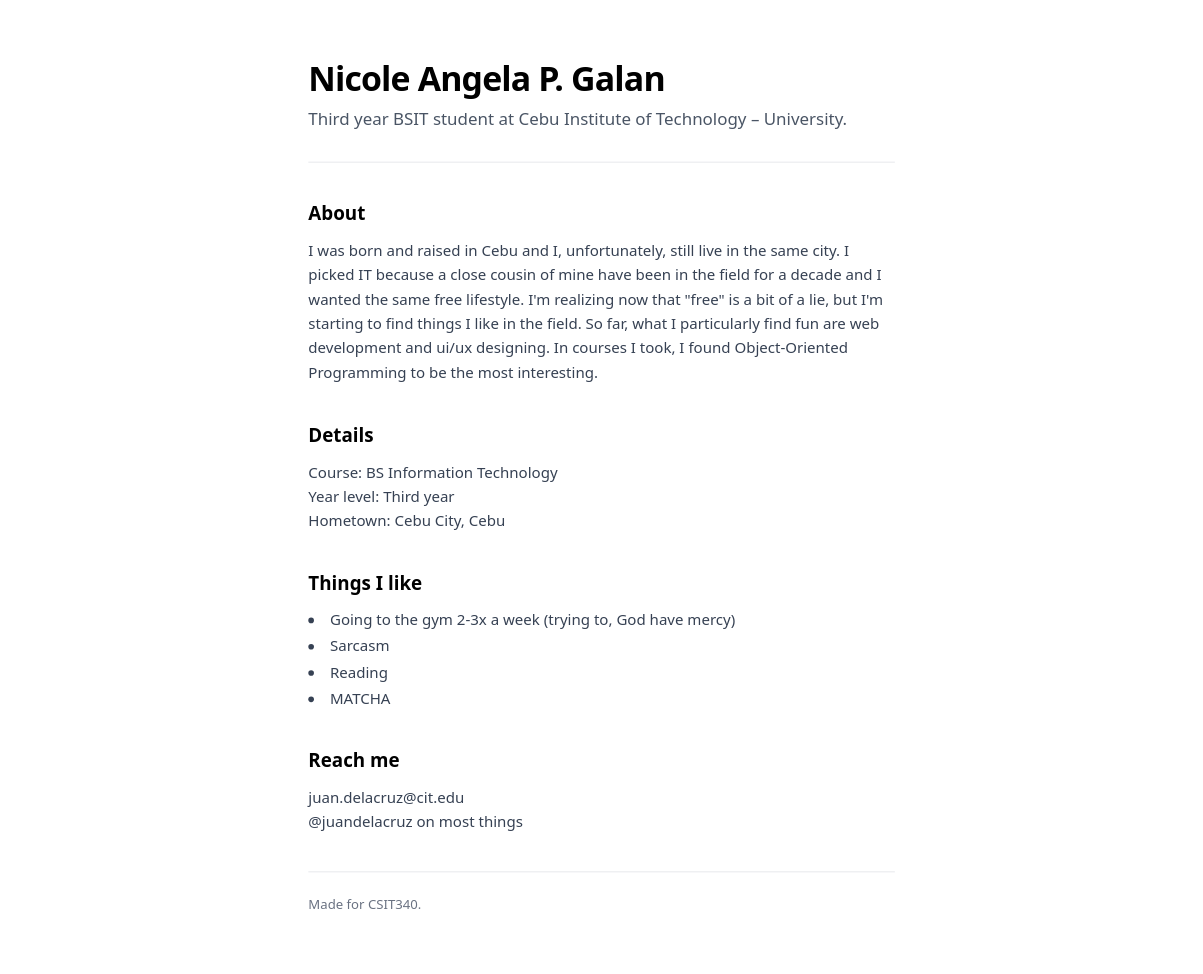
Repository: nicole-galan/CSIT340-Lab1-Galan
Page: /
These files come from the project's save history. The page is drawn as it stood at one moment and after the next save; the edit follows.
The browser window is 1280 px wide. The pictures show the whole page, at 94% of full size.
The project was rebuilt for these pictures with package versions that can differ from the ones it lists, and the page was loaded fresh each time. Also part of the build but not shown: vite.config.js.

Above is the page before, as saved 2026-09-04 16:50:23.

### index.html
<!doctype html>
<html lang="en">
  <head>
    <meta charset="UTF-8" />
    <link rel="icon" type="image/svg+xml" href="/favicon.svg" />
    <meta name="viewport" content="width=device-width, initial-scale=1.0" />
    <title>csit340-lab1</title>
  </head>
  <body>
    <div id="root"></div>
    <script type="module" src="/src/main.jsx"></script>
  </body>
</html>

### src/App.jsx
function App() {
  return (
    <>
      <header className="mx-auto px-6 pt-16 max-w-2xl">
        <h1 className="text-4xl font-semibold tracking-tight mb-2">Nicole Angela P. Galan</h1>
        <p className="text-lg text-gray-600">
          Third year BSIT student at Cebu Institute of Technology – University.
        </p>
        <hr className="mt-8 border-gray-200" />
      </header>

      <main className="max-w-2xl mx-auto px-6 py-10">
        <section className="mb-10">
          <h2 className="text-xl font-semibold mb-3">About</h2>
          <p className="leading-relaxed text-gray-700">
            I was born and raised in Cebu and I, unfortunately, still live in the same city.
            I picked IT because a close cousin of mine have been in the field for a decade
            and I wanted the same free lifestyle. I'm realizing now that "free" is a bit of a lie,
            but I'm starting to find things I like in the field. So far, what I particularly find fun
            are web development and ui/ux designing.
            In courses I took, I found Object-Oriented Programming to be the most interesting.
          </p>
        </section>

        <section className="mb-10">
          <h2 className="text-xl font-semibold mb-3">Details</h2>
          <p className="leading-relaxed text-gray-700">
            Course: BS Information Technology
            <br />
            Year level: Third year
            <br />
            Hometown: Cebu City, Cebu
          </p>
        </section>

        <section className="mb-10">
          <h2 className="text-xl font-semibold mb-3">Things I like</h2>
          <ul className="list-disc list-inside space-y-1 text-gray-700">
            <li>Going to the gym 2-3x a week (trying to, God have mercy)</li>
            <li>Sarcasm</li>
            <li>Reading</li>
            <li>MATCHA</li>
          </ul>
        </section>

        <section>
          <h2 className="text-xl font-semibold mb-3">Reach me</h2>
          <p className="leading-relaxed text-gray-700">
            juan.delacruz@cit.edu
            <br />
            @juandelacruz on most things
          </p>
        </section>
      </main>

      <section className="max-w-2xl mx-auto px-6 pb-16">
        <hr className="mb-6 border-gray-200" />
        <p className="text-sm text-gray-500">Made for CSIT340.</p>
      </section>
    </>
  )
}

export default App

Loaded but not shown: src/main.jsx (common file); src/index.css (common file)

After the next save:
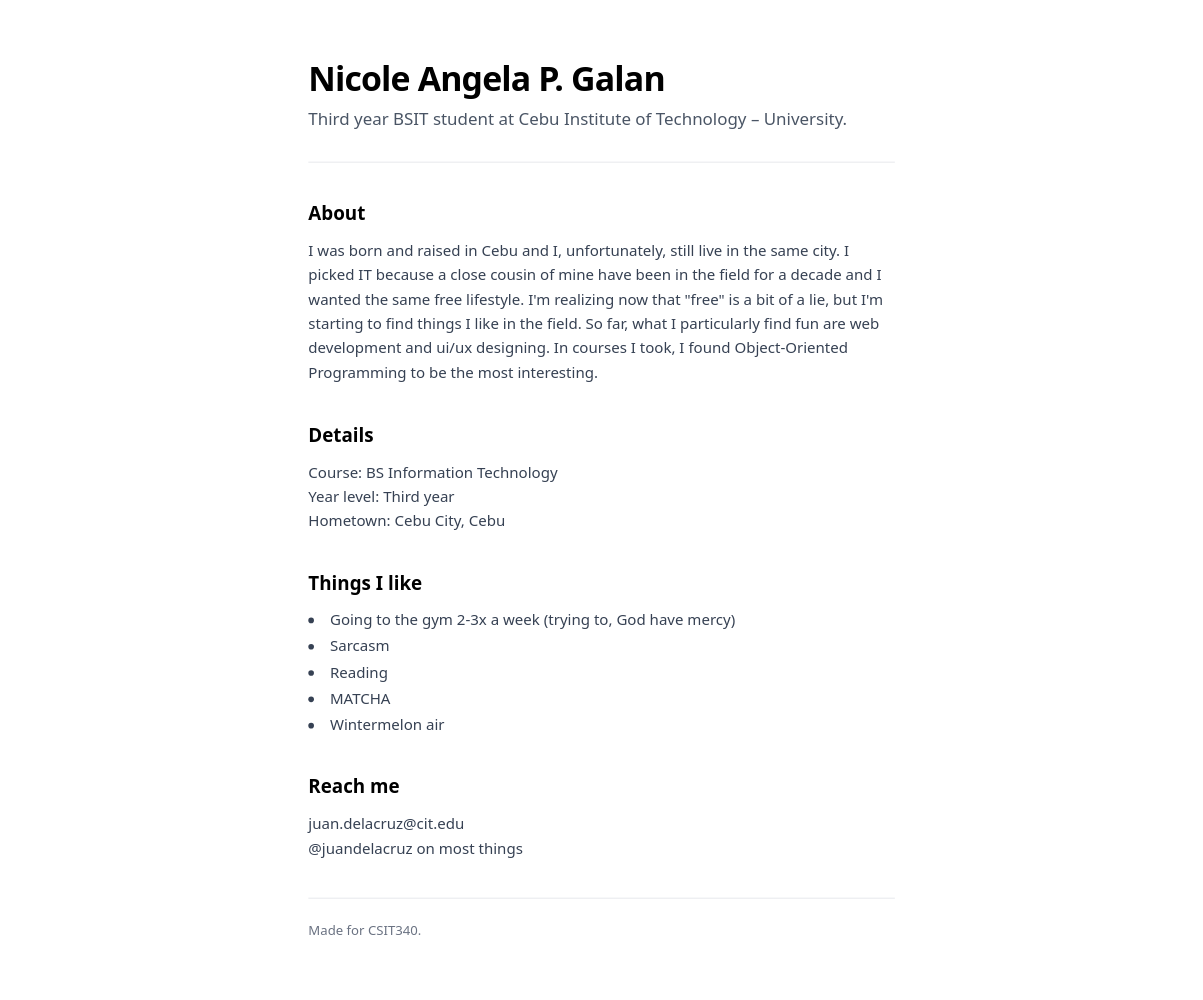
Saved 67 s later.
--- a/src/App.jsx
+++ b/src/App.jsx
@@ -40,6 +40,7 @@ function App() {
             <li>Sarcasm</li>
             <li>Reading</li>
             <li>MATCHA</li>
+            <li>Wintermelon air</li>
           </ul>
         </section>
 
